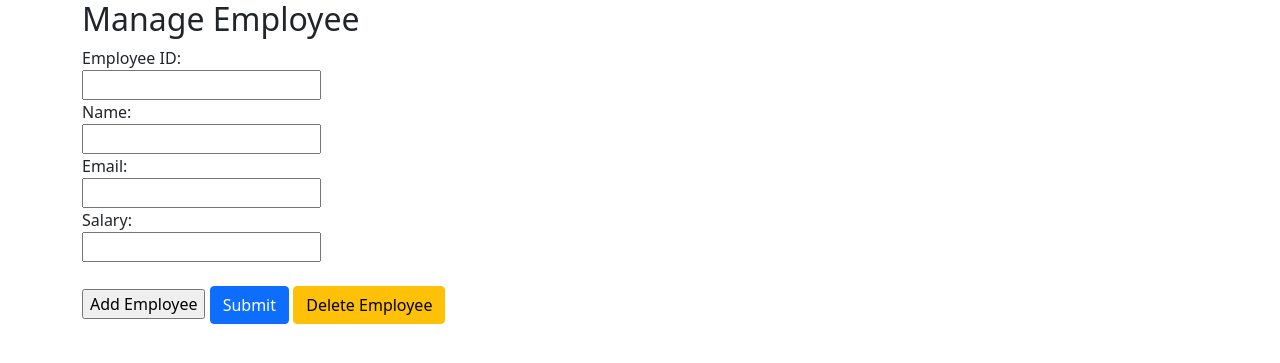
Repository: pradeep9689/monoceptAssignment
Page: http://localhost/08-jdbc-pool-connction/emplyeeAdd.jsp
The author's editor kept a copy of each file at every save. The page is drawn from the files as they stood at one save, then again after the next save.
The browser window is 1280 px wide. The pictures show the whole page.
The page is served by Tomcat 9. Other server files are loaded and not shown.

Above is the page before, as saved 2024-07-16 17:29:44.

### 08-jdbc-pool-connction/WebContent/emplyeeAdd.jsp
<%@ page language="java" contentType="text/html; charset=ISO-8859-1"
    pageEncoding="ISO-8859-1"%>
    <link href="https://cdn.jsdelivr.net/npm/bootstrap@5.0.2/dist/css/bootstrap.min.css" rel="stylesheet" integrity="sha384-EVSTQN3/azprG1Anm3QDgpJLIm9Nao0Yz1ztcQTwFspd3yD65VohhpuuCOmLASjC" crossorigin="anonymous">
<!DOCTYPE html>
<html>
<head>
<meta charset="ISO-8859-1">
<title>Insert title here</title>
</head>
<body>
<div class="container">
 <h2>Manage Employee</h2>
    <form action="EmployeeServlet" method="get">
        <label for="emp_id">Employee ID:</label><br>
        <input type="text" id="emp_id" name="emp_id" required><br>
        <label for="emp_name">Name:</label><br>
        <input type="text" id="emp_name" name="emp_name"><br>
        <label for="emp_mail">Email:</label><br>
        <input type="text" id="emp_mail" name="emp_mail"><br>
        <label for="salary">Salary:</label><br>
        <input type="text" id="salary" name="salary"><br><br>
        <input type="hidden" id="action" name="action" value="add">
        <input type="submit" value="Add Employee" onclick="document.getElementById('action').value='add';">
        <input type="submit" class="btn btn-primary" "value="Update Employee" onclick="document.getElementById('action').value='update';">
        <input type="submit" class="btn btn-warning" value="Delete Employee" onclick="document.getElementById('action').value='delete';">
    </form>
    </div>
</body>
</html>

After the next save:
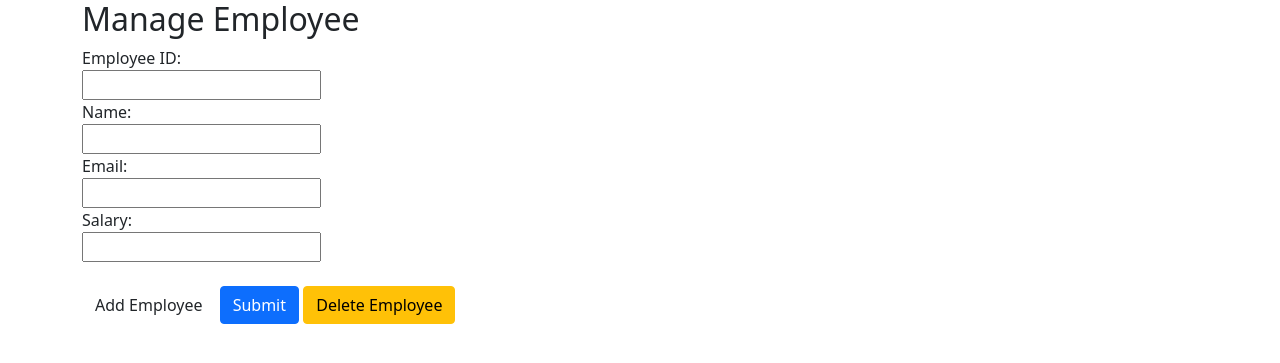
Saved 16 s later.
--- a/08-jdbc-pool-connction/WebContent/emplyeeAdd.jsp
+++ b/08-jdbc-pool-connction/WebContent/emplyeeAdd.jsp
@@ -20,7 +20,7 @@
         <label for="salary">Salary:</label><br>
         <input type="text" id="salary" name="salary"><br><br>
         <input type="hidden" id="action" name="action" value="add">
-        <input type="submit" value="Add Employee" onclick="document.getElementById('action').value='add';">
+        <input type="submit" class="btn btn-secondry" value="Add Employee" onclick="document.getElementById('action').value='add';">
         <input type="submit" class="btn btn-primary" "value="Update Employee" onclick="document.getElementById('action').value='update';">
         <input type="submit" class="btn btn-warning" value="Delete Employee" onclick="document.getElementById('action').value='delete';">
     </form>
